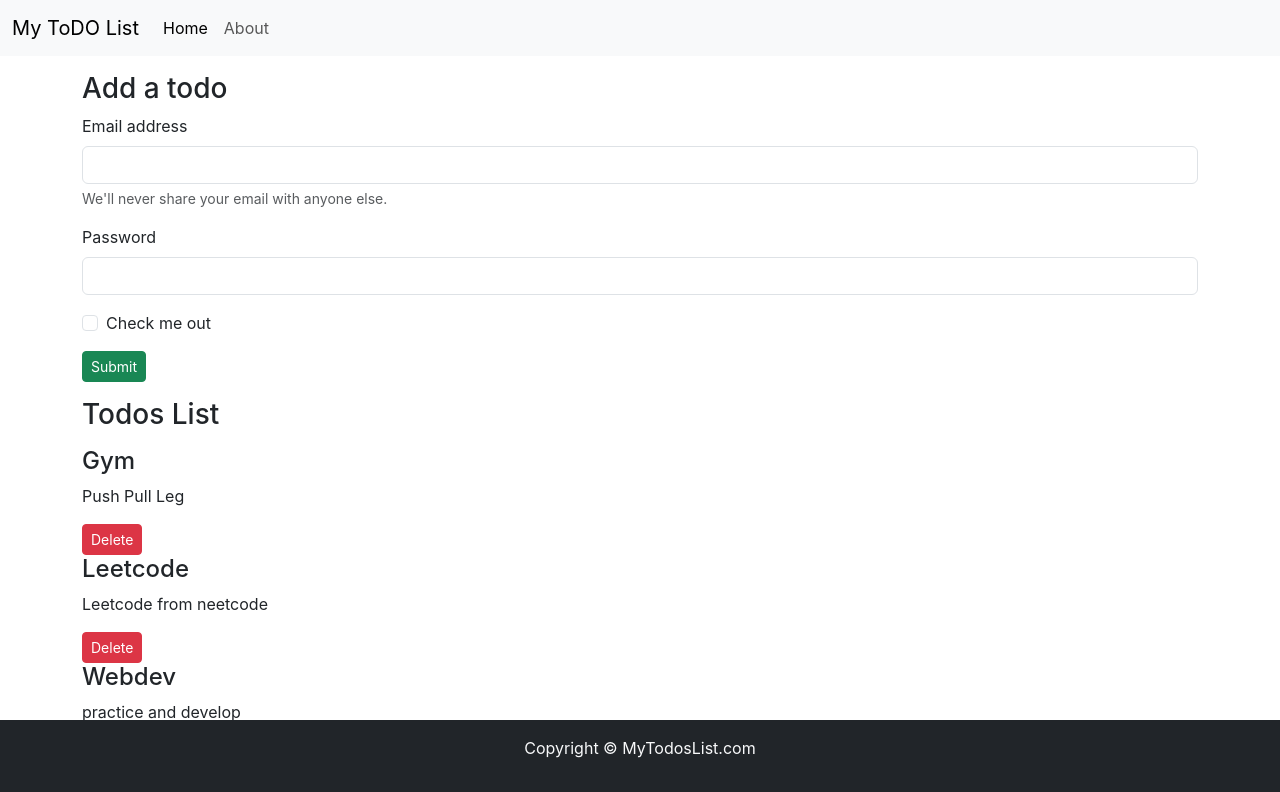
Repository: AshwinUgale/ToDoList
Page: /
These files come from the project's save history. The page is drawn as it stood at one moment and after the next save; the edit follows.
The browser window is 1280 px wide. The pictures show the whole page.
The project was rebuilt for these pictures with package versions that can differ from the ones it lists, and the page was loaded fresh each time. Also part of the build but not shown: src/App.css.

Above is the page before, as saved 2024-12-21 17:03:56.

After the next save:
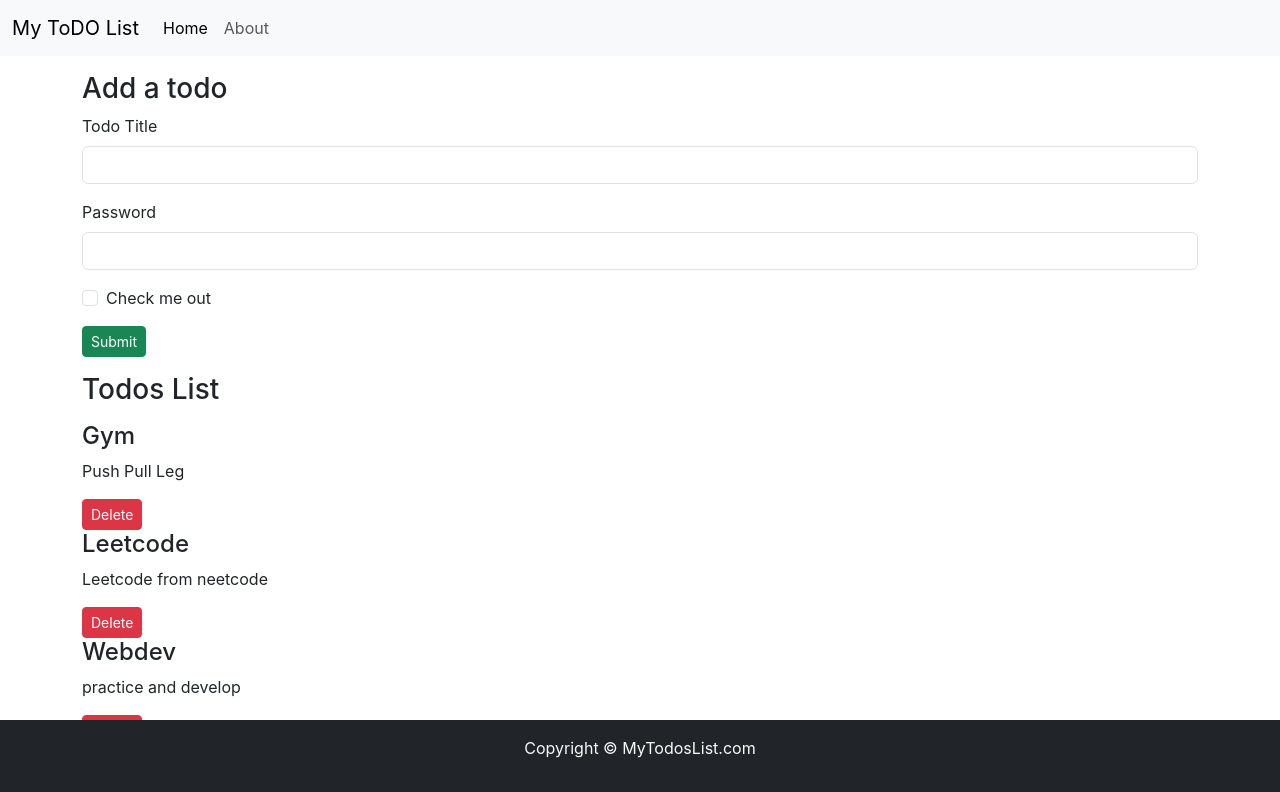
Saved 86 s later.
--- a/src/MyComponents/AddTodo.js
+++ b/src/MyComponents/AddTodo.js
@@ -6,12 +6,12 @@ export const AddTodo = () => {
         <h3>Add a todo</h3>
         <form>
     <div class="mb-3">
-      <label for="exampleInputEmail1" class="form-label">Email address</label>
-      <input type="email" class="form-control" id="exampleInputEmail1" aria-describedby="emailHelp"/>
-      <div id="emailHelp" class="form-text">We'll never share your email with anyone else.</div>
+      <label for="title" class="form-label">Todo Title</label>
+      <input type="text" class="form-control" id="title" aria-describedby="emailHelp"/>
+
     </div>
     <div class="mb-3">
-      <label for="exampleInputPassword1" class="form-label">Password</label>
+      <label for="desc" class="form-label">Password</label>
       <input type="password" class="form-control" id="exampleInputPassword1"/>
     </div>
     <div class="mb-3 form-check">
